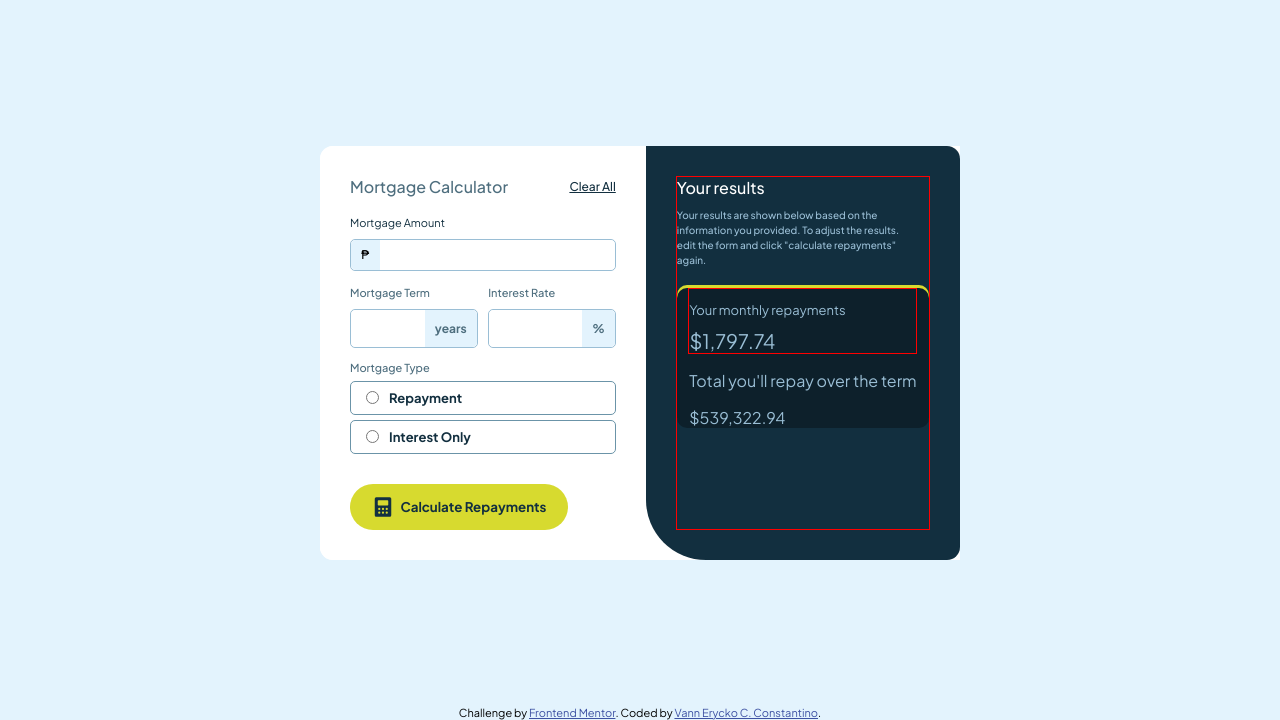
Repository: kocokoy/mortgage-repayment-calculator
Page: index.html
These files come from the project's save history. The page is drawn as it stood at one moment and after the next save; the edit follows.
The browser window is 1280 px wide. The pictures show the whole page.

Above is the page before, as saved 2024-10-30 14:47:34.

### index.html
<!DOCTYPE html>
<html lang="en">
<head>
  <meta charset="UTF-8">
  <meta name="viewport" content="width=device-width, initial-scale=1.0"> <!-- displays site properly based on user's device -->

  <link rel="icon" type="image/png" sizes="32x32" href="./assets/images/favicon-32x32.png">
  <link rel="stylesheet" href="/styles/style.css">
  <link rel="preconnect" href="https://fonts.googleapis.com">
<link rel="preconnect" href="https://fonts.gstatic.com" crossorigin>
<link href="https://fonts.googleapis.com/css2?family=Karla:ital,wght@0,200..800;1,200..800&family=Plus+Jakarta+Sans:ital,wght@0,200..800;1,200..800&family=Red+Hat+Text:ital,wght@0,300..700;1,300..700&display=swap" rel="stylesheet">

  <title>Frontend Mentor | Mortgage repayment calculator</title>
</head>
<body>
  <div class="container">
    <div class="container-card">
      <div class="mortgage-calculator-side">
        <div class="mortgage-calculator-header">
          <p>Mortgage Calculator</p>
          <button>Clear All</button>
        </div>
        <div class="mortgage-calculator-amount">
          <p>Mortgage Amount</p>
          <label class="mortgage-calculator-amount-input">
            <div class="peso-logo">&#8369;</div>
            <input type="text" class="jsMortageAmount">
          </label>
          <div class="field-require-text">
            this field is required
          </div>
        </div>
        <div class="mortgage-calculator-term-and-interest">
          <div class="mortgage-calculator-term-section">
            <p>Mortgage Term</p>
            <div class="mortgage-calculator-term-section-mortgage">
              <input type="text" name="" id="" class="jsMortgageTerm">
              <div>years</div>
            </div>
            <div class="field-require-text">
              this field is required
            </div>
          </div>
          <div class="mortgage-calculator-term-section">
            <p>Interest Rate</p>
            <div class="mortgage-calculator-term-section-mortgage">
              <input type="text" name="" id="" class="jsMortgageInterest">
              <div>%</div>
            </div>
            <div class="field-require-text">
              this field is required
            </div>
          </div>
        </div>
        <div class="mortgage-calculator-type">
          <p>Mortgage Type</p>
          <label class="mortgage-calculator-type-radio">
            <input class="mortgage-calculator-type-radio-repayment jsRepaymentRadio" type="radio">
            <div>Repayment</div>
          </label>
          <label class="mortgage-calculator-type-radio">
            <input class="mortgage-calculator-type-radio-interest jsRepaymentInterest"  type="radio">
            <div>Interest Only</div>
          </label>
        </div>
        <div class="mortgage-calculator-button">
          <button class="jsCalculateRepayments">
            <div>
              <img src="/assets/images/icon-calculator.svg" alt="">
              <p>Calculate Repayments</p>
            </div>
          </button>
        </div>
      </div>
      <div class="result-side">
        <!-- <div class="result-empty">
          <div>
            <img src="/assets/images/illustration-empty.svg" alt="">
          </div>
          <div class="result-side-title">Results shown here</div>
          <div class="result-side-text">  Complete the form and click “calculate repayments” to see what
            your monthly repayments would be.</div>
        </div> -->
        <div class="result-populate">
          <div class="result-populate-title">
            Your results
          </div>
          <div class="result-populate-message">
            Your results are shown below based on the information you provided.
            To adjust the results. edit the form and click "calculate repayments" again.
          </div>
          <div class="result-populate-repayment">
            <div class="result-populate-repayment-monthly">
              <p>Your monthly repayments</p>
              <div>$1,797.74</div>
            </div>
            <div class="result-populate-repayment-total">
              <p>Total you'll repay over the term</p>
              <div>$539,322.94</div>
            </div>
          </div>
        </div>
      </div>
    </div>
  </div>


  <div class="attribution">
    Challenge by <a href="https://www.frontendmentor.io?ref=challenge">Frontend Mentor</a>.
    Coded by <a href="#">Vann Erycko C. Constantino</a>.
  </div>
  <script src="/javascripts/script.js"></script>
</body>
</html>

### styles/style.css
:root{
/* Primary */

--lime: hsl(61, 70%, 52%);
--red: hsl(4, 69%, 50%);

/* Neutral */

--white: hsl(0, 0%, 100%);
--slate100: hsl(202, 86%, 94%);
--slate300: hsl(203, 41%, 72%);
--slate500: hsl(200, 26%, 54%);
--slate700: hsl(200, 24%, 40%);
--slate900: hsl(202, 55%, 16%);
}

.attribution {
  font-size: 11px; text-align: center;
 }
.attribution a {
  color: hsl(228, 45%, 44%);
 }

 *{
  font-family: Plus Jakarta Sans;
 }

body{
  margin: 0;
  padding: 0;
  background-color: var(--slate100);
}
.container{
  height: 98vh;
  display: flex;
  flex-direction: column;
  justify-content: center;
  align-items: center;
}
.container-card{
  display: flex;
  flex-direction: row;
  height: auto;
  width: 50%;
  background-color: var(--white);
  border-bottom-left-radius: 13px;
  border-top-left-radius: 13px;
}

.field-require-text{
  margin-top: 10px;
  color: var(--red);
  font-size: 10px;
  font-weight: 900;
  margin-bottom: 3px;
  display: none;
}
.mortgage-calculator-side{
  height: auto;
  width: auto;
  background-color: var(--white);
  border-bottom-left-radius: 13px;
  border-top-left-radius: 13px;
  padding: 30px;

}
.result-side{
  height: auto;
  width: 70%;
  padding: 30px;
  overflow: hidden;
  background-color: var(--slate900);
  border-bottom-left-radius: 60px;
  border-bottom-right-radius: 13px;
  border-top-right-radius: 13px;
  display: flex;
  flex-direction: column;
  justify-content: center;
  align-items: center;

}

/*Mortgage Calculator Header */
.mortgage-calculator-header{
  display: flex;
  flex-direction: row;
  align-items: center;
  justify-content: space-between;
}
.mortgage-calculator-header p{
 margin: 0;
 font-weight: 500;
 color: var(--slate700);
}
.mortgage-calculator-header button{
 margin: 0;
 font-weight: 500;
 font-size: 12px;
 color: var(--slate900);
 background-color: var(--white);
 text-decoration: underline;
 cursor: pointer;
 border: none;
 padding: 0;
}

/*Mortgage Calculator Amount  */
.mortgage-calculator-amount{
  padding-top: 19px ;
  display: flex;
  flex-direction: column;
  margin-bottom: 15px;
}
.mortgage-calculator-amount p{
  margin: 0;
  font-size: 11px;
  color: var(--slate900);
  padding-bottom: 10px;
}

.mortgage-calculator-amount-input{
  display: flex;
  flex-direction: row;
  height: 30px;
  border: 1px solid var(--slate300);
  border-radius: 5px;
}

.mortgage-calculator-amount-input:hover{
  border: 1px solid var(--slate900);
  transition: 0.1s;
}

.mortgage-calculator-amount-input:focus-within {
  border-color: var(--lime);
}

.mortgage-calculator-amount-input:focus-within .peso-logo {
  background-color: var(--lime);
}

.mortgage-calculator-amount-input .peso-logo{
  background-color: var(--slate100);
  height: 100%;
  width: 35px;
  display: flex;
  justify-content: center;
  align-items: center;
  font-size: 12px;
  font-weight: 500;
  border: none;
  border-top-left-radius: 5px;
  border-bottom-left-radius: 5px;
}
.mortgage-calculator-amount-input input{
  width: 100%;
  border: none;
  border-top-right-radius: 5px;
  border-bottom-right-radius: 5px;
  padding: 0 10px;
  font-weight: 700;
}

.mortgage-calculator-amount-input input:focus{
  outline: none;
}

/* Mortgage Calculator Mortgage Term and Interest Rate */

.mortgage-calculator-term-and-interest{
  display: flex;
  flex-direction: row;
  width: 100;
  justify-content: space-between;
}
.mortgage-calculator-term-section{
  width: 48%;
}
.mortgage-calculator-term-section p{
  margin: 0;
  font-size: 11px;
  color: var(--slate700);
  padding-bottom: 10px;
  font-weight: 500;
}

.mortgage-calculator-term-section-mortgage{
  display: flex;
  flex-direction: row;
  border: 1px solid var(--slate300);
  border-radius: 5px;
}

.mortgage-calculator-term-section-mortgage input{
  width: 90%;
  padding: 10px;
  font-weight: 700;
  border: none;
  border-top-left-radius: 5px;
  border-bottom-left-radius: 5px;
  accent-color: green;
}
.mortgage-calculator-term-section-mortgage div{
  width: auto;
  background-color: var(--slate100);
  color: var(--slate700);
  font-size: 12px;
  display: flex;
  justify-content: center;
  align-items: center;
  font-weight: 700;
  padding: 7px 10px;
  border-top-right-radius: 5px;
  border-bottom-right-radius: 5px;
}

.mortgage-calculator-term-section-mortgage input:focus{
  outline: none;
}

/* Mortgage Calculator Type */
.mortgage-calculator-type{
  display: block;
  margin-top: 13px;
}

.mortgage-calculator-type p{
  margin: 0;
  font-size: 11px;
  color: var(--slate700);
  padding-bottom: 2px;
  font-weight: 500;
}

.mortgage-calculator-type-radio{
  border: 1px solid var(--slate500);
  display: flex;
  flex-direction: row;
  justify-content: start;
  align-items: center;
  padding: 8px 5px ;
  margin-top: 5px;
  border-radius: 5px;
}
.mortgage-calculator-type-radio:hover{
  border: 1px solid var(--lime);
  transition: 0.3s;
  cursor: pointer;
}
.mortgage-calculator-type-radio-clicked{
  border: 1px solid var(--lime);
  background-color: hsla(61, 70%, 52%, 0.1);
  transition: 0.3s;
}

.mortgage-calculator-type-radio-repayment{
  margin: 0 10px;
}

input[type="radio"]{
  accent-color: var(--lime);
  border: none;
}

.mortgage-calculator-type-radio-interest{
  margin: 0 10px;
}

.mortgage-calculator-type-radio div{
  font-size: 13px;
  font-weight: 700;
  color: var(--slate900);
}

/* Mortgage Calculator Type Button */

.mortgage-calculator-button{
  margin-top: 30px;
  display: flex;
  justify-content: start;
  align-items: start;
}

.mortgage-calculator-button button{
  display: flex;
  flex-direction: row;
  background-color: var(--lime);
  color: var(--slate900);
  border: none;
  border-radius: 100px;
  width: 82%;
  cursor: pointer;
  transition: 0.3s;
}

.mortgage-calculator-button button:hover{
  opacity: 80%;
}

.mortgage-calculator-button button img{
  margin: 0;
  display: flex;
  justify-content: center;
}

.mortgage-calculator-button button p{
  font-weight: 700;
  margin-left: 5px;
}
.mortgage-calculator-button button div{
  display: flex;
  justify-content: center;
  width: 100%;
}

/* Result Side Empty */
.result-empty{
  display: flex;
  flex-direction: column;
  justify-content: center;
  align-items: center;

}
.result-side-title{
  color: var(--white);
  font-weight: 500;
  font-size: 20px;
}
.result-side-text{
  margin-top: 10px;
  color: var(--slate500);
  font-size: 11px;
  text-align: center;
}

/* Result Side Populate*/
.result-populate{
  border: 1px solid red;
  height: 100%;
}
.result-populate-title{
  color: var(--white);
  font-weight: 500;
  padding-bottom: 5px;
}
.result-populate-message{
  color: var(--slate300);
  font-weight: 500;
  font-size: 10px;
  width: 93%;
  padding: 5px 0px;
  line-height: 15px;
}
.result-populate-repayment{
  color: var(--slate300);
  background-color: hsl(202, 55%, 11%);
  border-radius: 10px;
  margin-top: 15px;
  box-shadow:  0 -3px var(--lime);
  display: flex;
  justify-content: center;
  align-items: center;
  flex-direction: column;
}

.result-populate-repayment-monthly{
  border: 1px solid red;
  display: flex;
  flex-direction: column;
  width: 90%;
}
.result-populate-repayment-monthly p{
  margin-bottom: 10px;
  font-size: 13px;
}
.result-populate-repayment-monthly div{
  font-size: 20px;
}

### javascripts/script.js
const calculateButton = document.querySelector('.jsCalculateRepayments');
const mortgageAmountElement = document.querySelector('.jsMortageAmount');
const mortgageTermElement = document.querySelector('.jsMortgageTerm');
const mortgageInterestElement = document.querySelector('.jsMortgageInterest');
// radio buttons
const repaymentRadioElement = document.querySelector('.jsRepaymentRadio');
const interestRadioElement = document.querySelector('.jsRepaymentInterest');
let totalRepayment = 0;
let monthlyPayment = 0;

MortgageTypeBtnClicked();
calculateButton.addEventListener('click', () => {
  const mortgageAmount =  IntegerConverter(mortgageAmountElement.value);
  const mortgageTerm =  IntegerConverter(mortgageTermElement.value);
  const mortgageInterest =  IntegerConverter(mortgageInterestElement.value);
  CalcuteRepayment(mortgageAmount,mortgageTerm,mortgageInterest);

});



function MortgageTypeBtnClicked(){
  let repaymentRadioClicked = false;
  let interestRadioClicked = false;

  const repaymentParentLabel = repaymentRadioElement.parentElement;
  const interestParentLabel = interestRadioElement.parentElement;

  repaymentRadioElement.addEventListener('click', () =>{
    if(repaymentRadioClicked){
      repaymentParentLabel.classList.remove('mortgage-calculator-type-radio-clicked');
      repaymentRadioElement.checked = false;
      repaymentRadioClicked = false;
    }else{
      repaymentRadioClicked = true;
      repaymentParentLabel.classList.add('mortgage-calculator-type-radio-clicked');
      interestParentLabel.classList.remove('mortgage-calculator-type-radio-clicked');
      interestRadioElement.checked = false;
      interestRadioClicked = false;
    }
  });

  interestRadioElement.addEventListener('click', () =>{
    if(interestRadioClicked){
      interestParentLabel.classList.remove('mortgage-calculator-type-radio-clicked');
      interestRadioElement.checked = false;
      interestRadioClicked = false;
    }else{
      repaymentParentLabel.classList.remove('mortgage-calculator-type-radio-clicked');
      interestParentLabel.classList.add('mortgage-calculator-type-radio-clicked');
      interestRadioClicked = true;
      repaymentRadioElement.checked = false;
      repaymentRadioClicked = false;
    }
  });
};

function IntegerConverter(str){
  if(str.includes('.')){
    return parseFloat(str);
  };
    return parseInt(str.replace(/,/g, ''));
}

function CalcuteRepayment(amount,years,interest){
  let months = 12;
  let monthlyInterestRate = ((interest/months)/100);
  let totalPayments = (years*months);
  let numerator = (amount * monthlyInterestRate);
  let denominator = (1 - Math.pow(1 + monthlyInterestRate,(-1*totalPayments)));
  monthlyPayment = (numerator/denominator);
  totalRepayment =  (monthlyPayment*totalPayments);
}

After the next save:
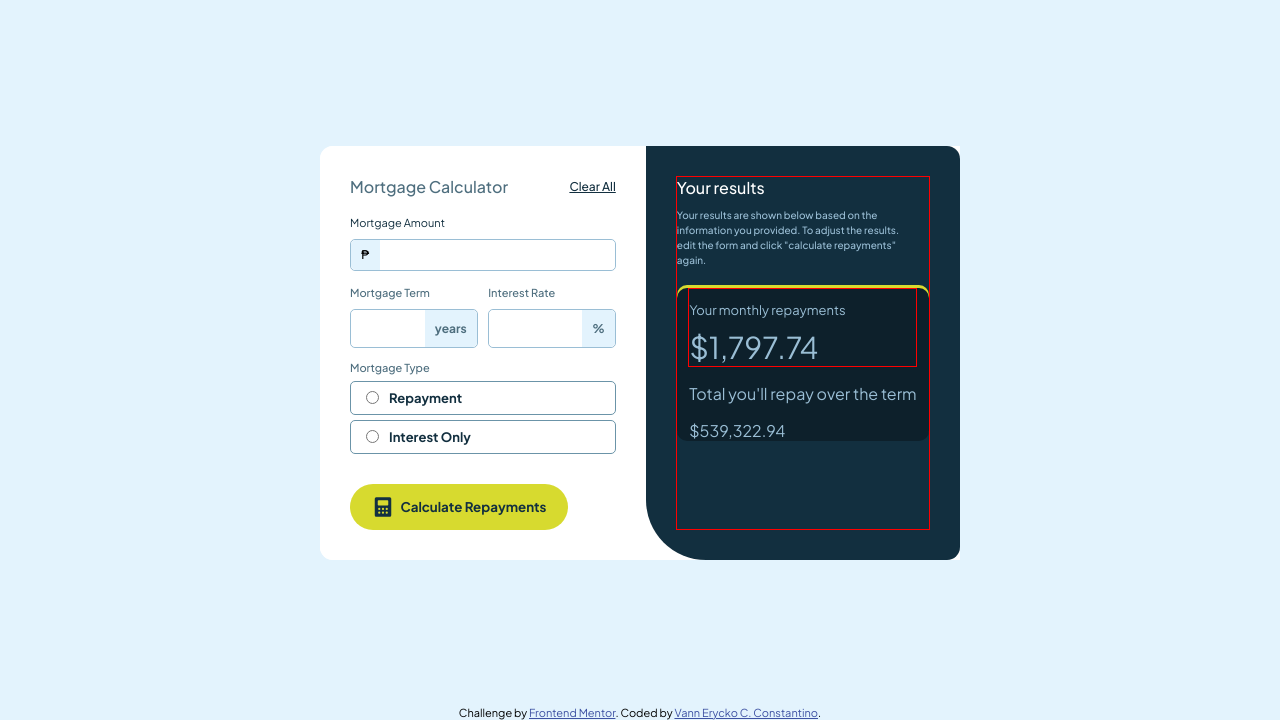
Saved 4 s later.
--- a/styles/style.css
+++ b/styles/style.css
@@ -374,5 +374,5 @@ input[type="radio"]{
   font-size: 13px;
 }
 .result-populate-repayment-monthly div{
-  font-size: 20px;
-}
+  font-size: 30px;
+}
